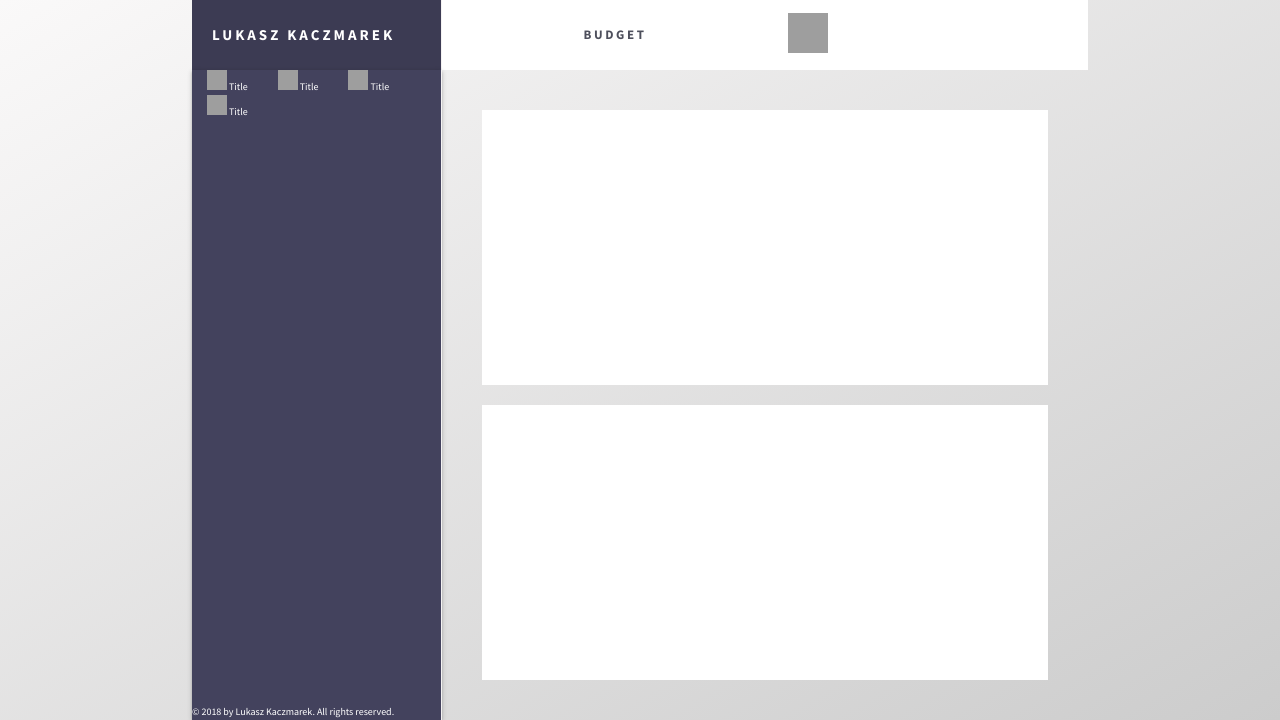
Repository: Archezi/BudgetApplication
Page: index.html
The author's editor kept a copy of each file at every save. The page is drawn from the files as they stood at one save, then again after the next save.
The browser window is 1280 px wide. The pictures show the whole page.
Pictures or frames that could not be fetched are drawn as grey boxes. The style sheet was rebuilt from its Sass, Less or Tailwind sources for each picture, by a compiler version that may differ from the author's.

Above is the page before, as saved 2018-08-28 22:22:40.

### index.html
<!DOCTYPE html>
<html lang="en">
<head>
    <meta charset="UTF-8">
    <meta name="viewport" content="width=device-width, initial-scale=1.0">
    <meta http-equiv="X-UA-Compatible" content="ie=edge">
    <link href="https://fonts.googleapis.com/css?family=Source+Sans+Pro:300,400,700" rel="stylesheet">
    <!--Import Google Icon Font-->
    <link href="https://fonts.googleapis.com/icon?family=Material+Icons" rel="stylesheet">
    <!--Import materialize.css-->
    <link type="text/css" rel="stylesheet" href="css/materialize.min.css"  media="screen,projection"/>
    <!-- Website style.css-->
    <link rel="stylesheet" href="css/style.comp.css">

    <title>Budget Application</title>

</head>
<body>
   <div class="container">
        <header class="header">
            <div class="logo">
                <h1>Lukasz Kaczmarek</h1>
            </div>
            <div class="page_title">
                <h2>Budget</h2>
            </div>
            <div class="user-nav">
                <div class="user-nav__icon"></div>
                <div class="user-nav__profile">
                    <img src="https://source.unsplash.com/random/40x40" alt="">
                </div>
            </div>
        </header>

        <div class="content">
            <nav class="sidebar">
                <ul class="side-nav">
                    <li class="side-nav__item side-nav__item--active">
                        <a href="#" class="side-nav__link">
                            <img src="https://source.unsplash.com/random/20x20" alt="">
                            <span>Title</span>
                        </a>
                    </li>
                    <li class="side-nav__item side-nav__item--active">
                        <a href="#" class="side-nav__link">
                            <img src="https://source.unsplash.com/random/20x20" alt="">
                            <span>Title</span>
                        </a>
                    </li>
                    <li class="side-nav__item side-nav__item--active">
                        <a href="#" class="side-nav__link">
                            <img src="https://source.unsplash.com/random/20x20" alt="">
                            <span>Title</span>
                        </a>
                    </li>
                    <li class="side-nav__item side-nav__item--active">
                        <a href="#" class="side-nav__link">
                            <img src="https://source.unsplash.com/random/20x20" alt="">
                            <span>Title</span>
                        </a>
                    </li>
                </ul>

                <div class="legal">
                    &copy; 2018 by Lukasz Kaczmarek. All rights reserved.
                </div>
            </nav>

            <div class="main">
                <div class="budget">
                    <div class="income-panel"> </div>
                    <div class="history-panel"></div>
                    <div class="expenses-panel"></div>
                </div>
                <div class="statistics">
                    <div class="net-profit-panel"></div>
                    <div class="tax-panel"></div>
                    <div class="savings-panel"></div>

                </div>
            </div>

        </div>
   </div>

   <!-- Compiled and minified JavaScript -->
   <script src="https://cdnjs.cloudflare.com/ajax/libs/materialize/1.0.0-rc.2/js/materialize.min.js"></script>
</body>
</html>

### sass/main.scss
@import "base/reset";
@import "base/base";
@import "base/typography";

@import "abstracts/variables";
@import "components/mainComponent";
@import "components/layout";

### sass/base/_base.scss
:root {
    --color-primary: #eb2f64;
    --color-primary-light: #FF3366;
    --color-primary-dark: #BA265D;

    --color-background-dark: #3C3B53;
    --color-background-light: #43425D;

    --color-grey-light-1: #faf9f9;
    --color-grey-light-2: #f4f2f2;
    --color-grey-light-3: #f0eeee;
    --color-grey-light-4: #ccc;

    --color-grey-dark-1: #333;
    --color-grey-dark-2: #4D4F5C;
    --color-grey-dark-3: #999;
    --color-white: #fff;
    --shadow-dark: 0 2rem 6rem rgba(0,0,0,.3);
    --shadow-light: 0 2rem 5rem rgba(0,0,0,.06);

    --line: 1px solid var(--color-grey-light-2);
}

$bp-largest: 75em;     // 1200px
$bp-large: 68.75em;    // 1100px
$bp-medium: 56.25em;   // 900px
$bp-small: 37.5em;     // 600px
$bp-smallest: 31.25em; // 500px

* {
    margin: 0;
    padding: 0;
}

*,
*::before,
*::after {
    box-sizing: inherit;
}

html {
    box-sizing: border-box;
    font-size: 62.5%; // 1rem = 10px, 10px/16px = 62.5%

    @media only screen and (max-width: $bp-large) {
        font-size: 50%;
    }
}

body {


    color: var(--color-grey-dark-2);
    background-image: linear-gradient(to right bottom, var(--color-grey-light-1), var(--color-grey-light-4));
    background-size: cover;
    background-repeat: no-repeat;

    min-height: 100vh;
}

### sass/base/_typography.scss
body {

    font-weight: 400;
    line-height: 1.6;
    font-family: 'Source Sans Pro', sans-serif;
    text-rendering: optimizeLegibility;
    -webkit-font-smoothing: antialiased;

}

### sass/abstracts/_variables.scss
$header-height: 7rem;
$sidebar-width: 25rem;

### sass/components/_mainComponent.scss

//////////////////////////////////////////
// Header

.logo {
    width: 25rem;
    padding: 0 2rem;

    border-right: var(--line);
    background: var(--color-background-dark);
    h1 {

        align-self: center;
        font-size: 1.5rem;
        font-weight: 700;
        line-height: 2rem;
        letter-spacing: 0.2em;
        text-transform: uppercase;
        padding: 2.5rem 0;
        color: var(--color-white);

    }
}
.page_title {
    width: 30rem;
    text-align: center;
    h2 {
        font-size: 1.3rem;
        font-weight: 700;
        letter-spacing: 0.2em;
        text-transform: uppercase;
    }
}
.user-nav {
    width: 30rem;
}

.content {

    display: flex;

    .sidebar {

    }
}

### sass/components/_layout.scss
.container {
    max-width: 100%;
    min-height: 100vh;
    margin: 0 auto;

}

.header {
    height: $header-height;
    background: var(--color-white);
    display: flex;
    justify-content: space-between;
    align-items: center;
}
.sidebar {
    border-right: var(--line);
    background-color: var(--color-background-light);
    flex: 0 0 25rem;
    // width: 25rem;
    display: flex;
    flex-direction: column;
    justify-content: space-between;
    height: calc(100vh - 7rem);
}

.main {
    padding: 4rem;
    width: 100%;
    display: grid;
    grid-gap: 2rem;
    & > * {
        background: var(--color-white);
    }
    .budget {
        display: grid;
        grid-gap: 2rem;
        grid-template-columns: repeat(4, 1fr);

        .history-panel {
            grid-column: 2 / span 2;
        }
    }

    .statistics {
        display: grid;
        grid-gap: 2rem;
        grid-template-columns: repeat(4, 1fr);

    }
}

Loaded but not shown: css/materialize.min.css (library); sass/base/_reset.scss (common file)

After the next save:
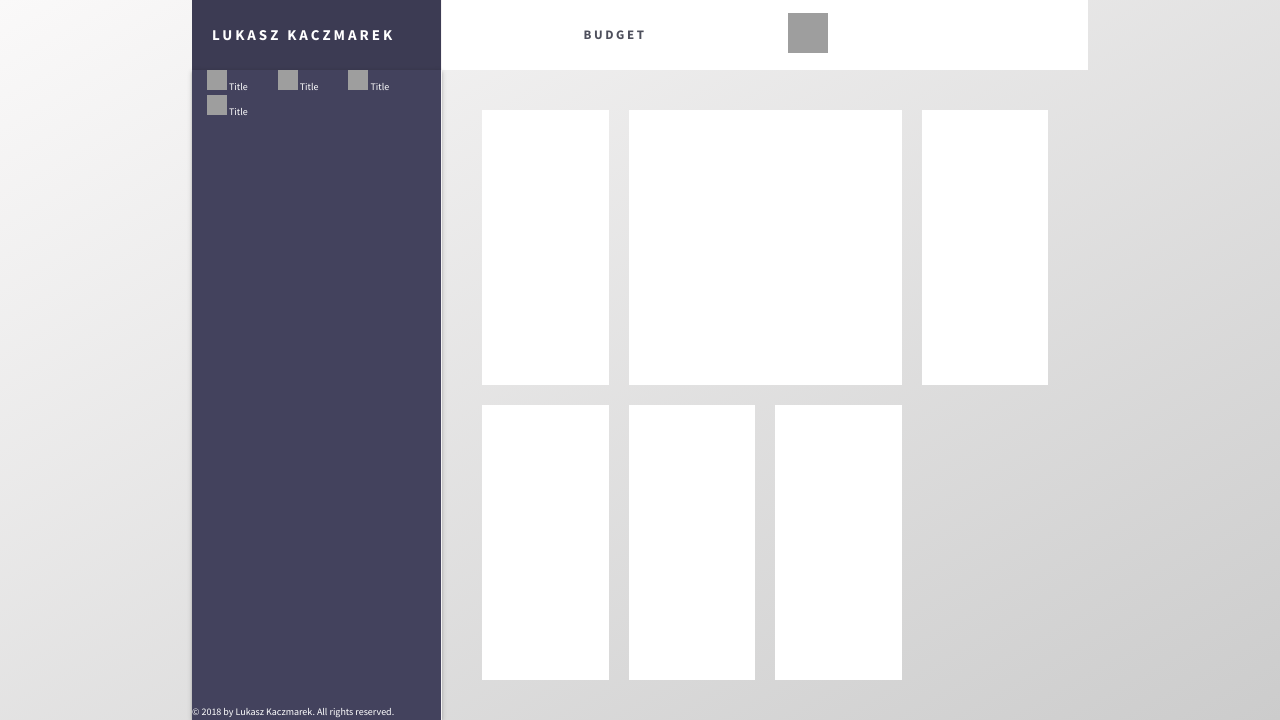
Saved 14 s later.
--- a/sass/components/_layout.scss
+++ b/sass/components/_layout.scss
@@ -28,14 +28,14 @@
     width: 100%;
     display: grid;
     grid-gap: 2rem;
-    & > * {
-        background: var(--color-white);
-    }
+
     .budget {
         display: grid;
         grid-gap: 2rem;
         grid-template-columns: repeat(4, 1fr);
-
+        & > * {
+            background: var(--color-white);
+        }
         .history-panel {
             grid-column: 2 / span 2;
         }
@@ -46,5 +46,9 @@
         grid-gap: 2rem;
         grid-template-columns: repeat(4, 1fr);
 
+        & > * {
+            background: var(--color-white);
+        }
+
     }
 }
